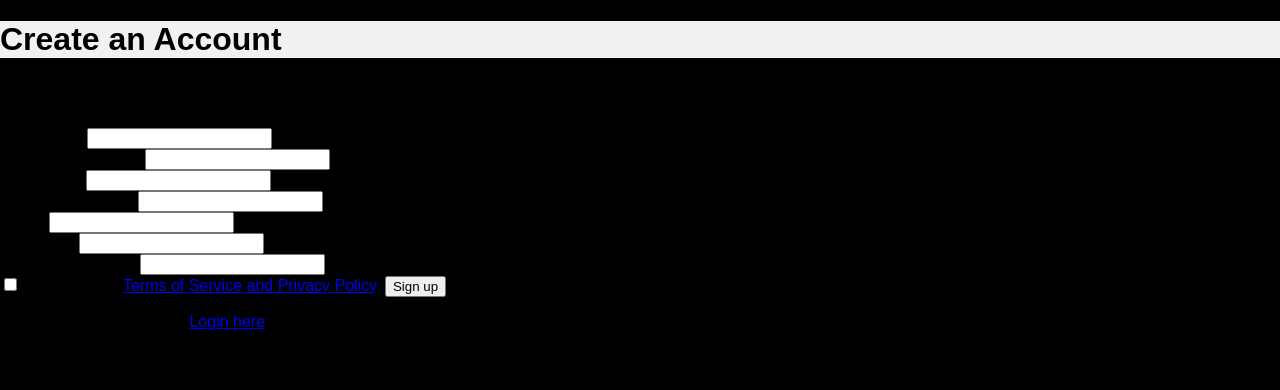
Repository: Lee-Productions-Inc/SNAP_productions
Page: register.html
The author's editor kept a copy of each file at every save. The page is drawn from the files as they stood at one save, then again after a run of saves.
The browser window is 1280 px wide. The pictures show the whole page.

Above is the page before, as saved 2026-09-16 18:30:12.

After the next 3 saves:
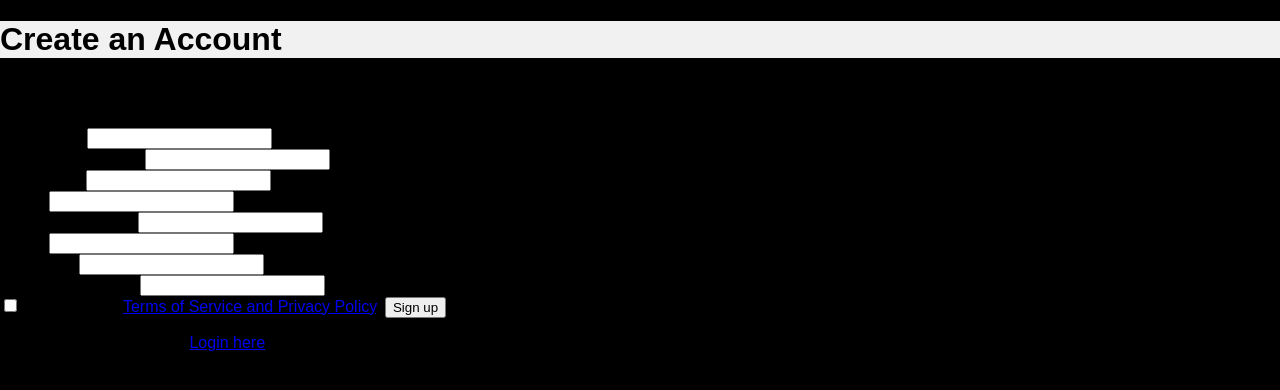
The 3 saves are shown as one change because they came seconds apart.
The last was saved 9 s later.
--- a/register.html
+++ b/register.html
@@ -24,6 +24,10 @@
             <label for="last-name">Last Name: </label>
             <input type="text" id="last-name" name="last-name" required>
             <br>
+            <label for="suffix">Suffix: </label>
+            <input type="text" id="suffix" name="suffix">
+            <br>
+
 
             <label for="university">University/College: </label>
             <input type="text" id="university" name="university" required>
